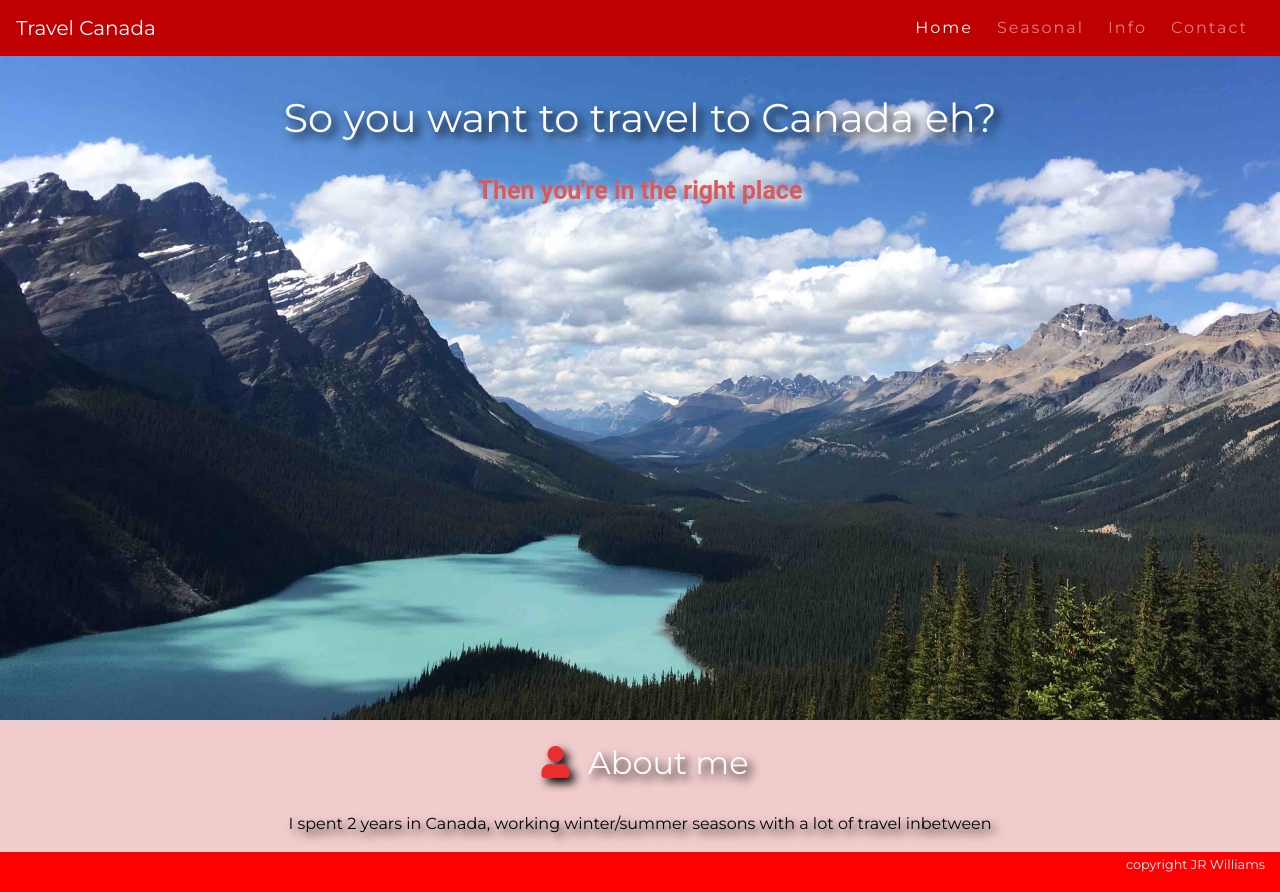
Repository: JonWil91/Travel-Canada
Page: index.html
The author's editor kept a record of every edit. The page is drawn from the files as they stood at one moment, then again after the next edit.
The browser window is 1280 px wide. The pictures show the whole page.
Backgrounds fixed to the window are drawn as part of the page. Some web libraries are served in a nearby version.

Above is the page before.

After the next edit:
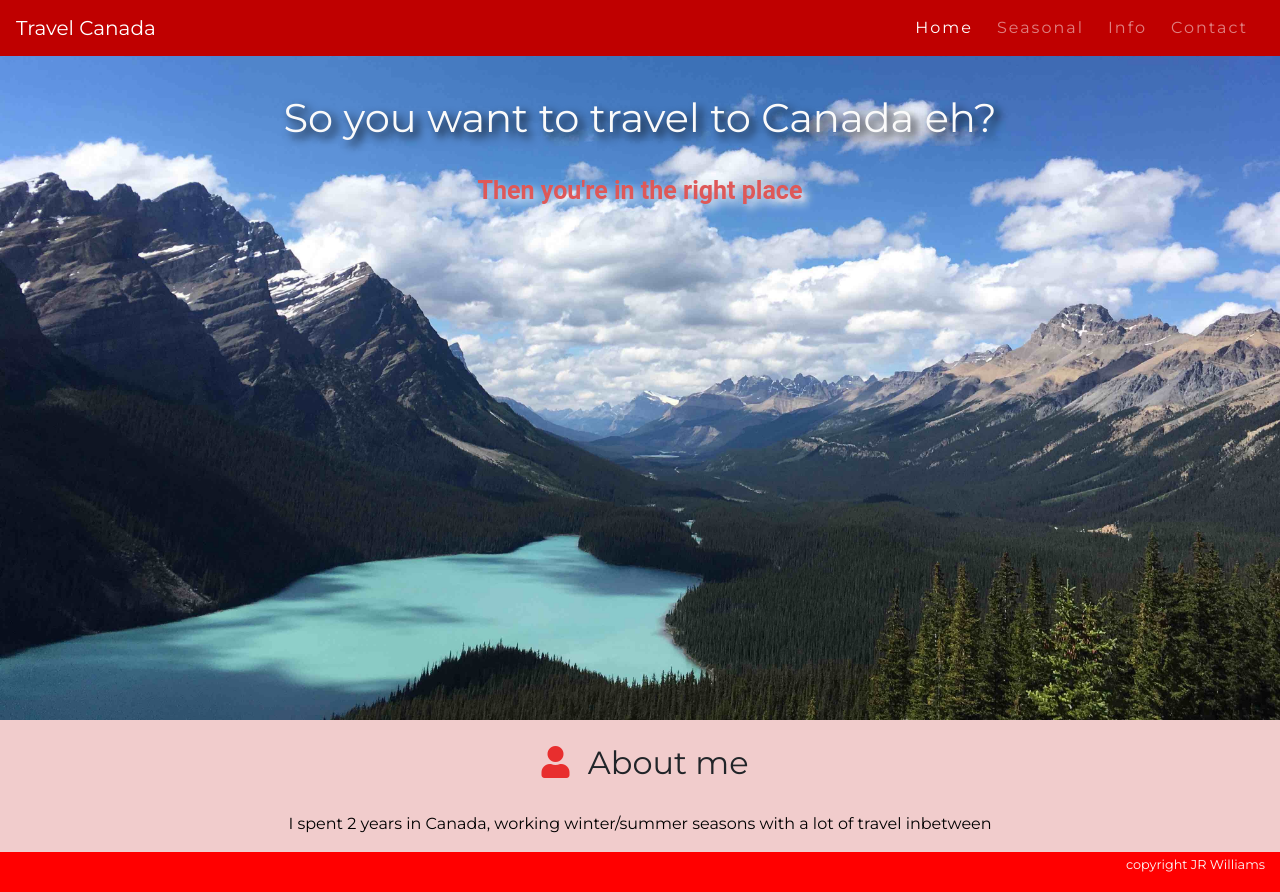
The edit:
--- a/index.html
+++ b/index.html
@@ -56,7 +56,7 @@
 
         <!-- about me -->
 
-        <div class="container-fluid about-me text-center">
+        <div class="container-fluid text-center">
             <div class="row">
                 <div class="col-12">
                     <h2><i class="fas fa-user icon my-3"></i> About me</h2>
